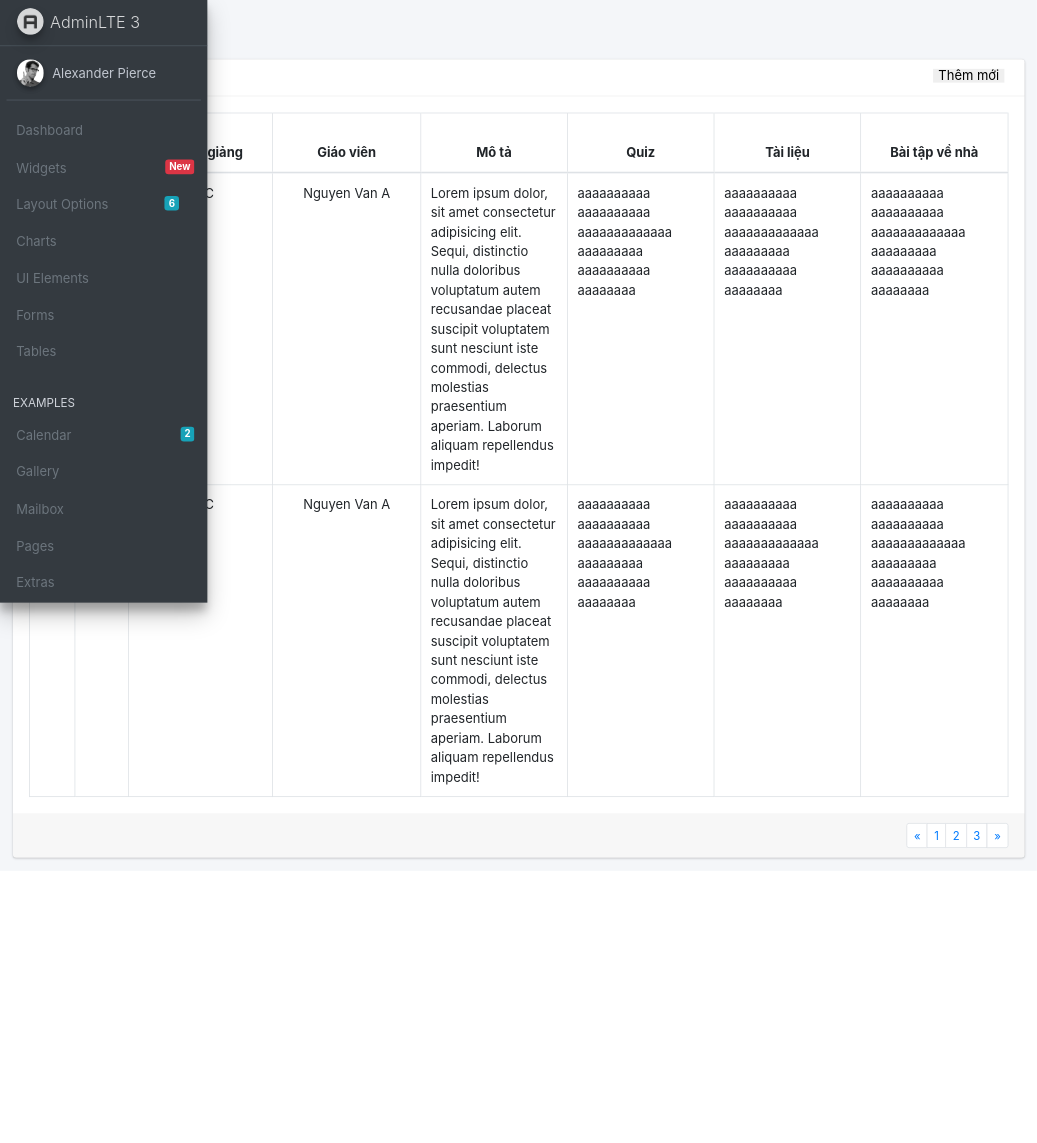
Repository: huyennvo/table
Page: http://localhost/table/lessons
These files come from the project's save history. The page is drawn as it stood at one moment and after the next save; the edit follows.
The browser window is 1280 px wide. The pictures show the whole page, at 81% of full size.
Some web fonts or font styles are not loaded; a fallback is used. The page is served by the project's Laravel application, run on PHP 8.4 with Laravel 8. Other server files are loaded and not shown.

Above is the page before, as saved 2022-08-12 16:28:49.

### routes/web.php
<?php

use Illuminate\Support\Facades\Route;

/*
|--------------------------------------------------------------------------
| Web Routes
|--------------------------------------------------------------------------
|
| Here is where you can register web routes for your application. These
| routes are loaded by the RouteServiceProvider within a group which
| contains the "web" middleware group. Now create something great!
|
*/

Route::get('/table', function () {
    return view('index');
});

Route::get('/table/courses', function () {
    return view('courses');
});

Route::get('/table/lessons', function () {
    return view('lessons');
});

Route::get('/table/students', function () {
    return view('students');
});

### resources/views/lessons.blade.php
@extends('layouts.content-header')
@section('content-body')
    <!-- Main content -->

    <section class="content">
      <div class="container-fluid">
        <div class="row">
          <div class="col-md-12">
            <div class="card">
              <div class="card-header">
                <h3 class="card-title">Bài giảng</h3>
                <button style="position: absolute;  right: 2%; line-height: 15px; border: 5px">Thêm mới</button>
              </div>
              <!-- /.card-header -->
              <div class="card-body">
                <table class="table table-bordered" >
                  <thead>
                    <tr>
                      <th style="width: 10px">STT</th>
                      <th class="course-id" style="width: 10px">Khóa học</th>
                      <th class="name">Tên Bài giảng</th>
                      <th>Giáo viên</th>
                      <th style="width: 15%">Mô tả</th>
                      <th style="width: 15%">Quiz</th>
                      <th style="width: 15%">Tài liệu</th>
                      <th style="width: 15%">Bài tập về nhà</th>
                    </tr>
                  </thead>
                  <tbody>
                    <tr>
                      <td style="text-align:center;">1</td>
                      <td class="course-id">1</td>
                      <td class="name">ABC</td>
                      <td style="text-align:center;">
                        Nguyen Van A
                      </td>
                      <td>Lorem ipsum dolor, sit amet consectetur adipisicing elit. Sequi, distinctio nulla doloribus voluptatum autem recusandae placeat suscipit voluptatem sunt nesciunt iste commodi, delectus molestias praesentium aperiam. Laborum aliquam repellendus impedit!</td>
                      <td>aaaaaaaaaa aaaaaaaaaa aaaaaaaaaaaaa aaaaaaaaa aaaaaaaaaa aaaaaaaa</td>
                      <td>aaaaaaaaaa aaaaaaaaaa aaaaaaaaaaaaa aaaaaaaaa aaaaaaaaaa aaaaaaaa</td>
                      <td>aaaaaaaaaa aaaaaaaaaa aaaaaaaaaaaaa aaaaaaaaa aaaaaaaaaa aaaaaaaa</td>
                    </tr>
                    <tr>
                      <td style="text-align:center;">1</td>
                      <td class="course-id" >1</td>
                      <td class="name">ABC</td>
                      <td style="text-align:center;">
                        Nguyen Van A
                      </td>
                      <td>Lorem ipsum dolor, sit amet consectetur adipisicing elit. Sequi, distinctio nulla doloribus voluptatum autem recusandae placeat suscipit voluptatem sunt nesciunt iste commodi, delectus molestias praesentium aperiam. Laborum aliquam repellendus impedit!</td>
                      <td>aaaaaaaaaa aaaaaaaaaa aaaaaaaaaaaaa aaaaaaaaa aaaaaaaaaa aaaaaaaa</td>
                      <td>aaaaaaaaaa aaaaaaaaaa aaaaaaaaaaaaa aaaaaaaaa aaaaaaaaaa aaaaaaaa</td>
                      <td>aaaaaaaaaa aaaaaaaaaa aaaaaaaaaaaaa aaaaaaaaa aaaaaaaaaa aaaaaaaa</td>
                    </tr>


                  </tbody>
                </table>
              </div>
              <!-- /.card-body -->
              <div class="card-footer clearfix">
                <ul class="pagination pagination-sm m-0 float-right">
                  <li class="page-item"><a class="page-link" href="#">&laquo;</a></li>
                  <li class="page-item"><a class="page-link" href="#">1</a></li>
                  <li class="page-item"><a class="page-link" href="#">2</a></li>
                  <li class="page-item"><a class="page-link" href="#">3</a></li>
                  <li class="page-item"><a class="page-link" href="#">&raquo;</a></li>
                </ul>
              </div>
            </div>

          </div>

        </div>


        <!-- /.row -->

        <!-- /.row -->
      </div><!-- /.container-fluid -->
    </section>
    <!-- /.content -->
@endsection

### resources/views/layouts/content-header.blade.php
@extends('layouts.menu')
@section('content-header')
    <section class="content-header">
      <div class="container-fluid">
        <div class="row mb-2">
          <div class="col-sm-6">
            <h1>Table</h1>
          </div>
        </div>
      </div><!-- /.container-fluid -->
    </section>
@endsection

### resources/views/layouts/index.blade.php
<!DOCTYPE html>
<html>
<head>
  <meta charset="utf-8">
  <meta http-equiv="X-UA-Compatible" content="IE=edge">
  <title>Table</title>
  <meta name="viewport" content="width=device-width, initial-scale=1">

  <link rel="stylesheet" href="{{asset('css/adminlte.min.css')}}">
  <link rel="stylesheet" href="{{asset('css/style.css')}}">
  <!-- Google Font: Source Sans Pro -->
  <link href="https://fonts.googleapis.com/css?family=Source+Sans+Pro:300,400,400i,700" rel="stylesheet">
</head>
<body>
<div >
@yield('menu')

<div class="content-wrapper">

@yield('content-header')

@yield('content-body')

</div>


  <!-- /.content-wrapper -->
  <!-- /.control-sidebar -->
</div>

</body>
</html>

### public/css/style.css
th {
    text-align: center;
}

.course-id {
    text-align: center;
}

.name {
    text-align: center;
}

#menu {
    background-color: #343A40;
    width: 20vw;
    overflow: auto !important;
}

table {
    position: relative;
}

.table-scroll {
    overflow-x: scroll;
    overflow-y: visible;
    padding-bottom: 5px;
    width: 100%;
}

Loaded but not shown: public/css/adminlte.min.css (library); resources/views/layouts/menu.blade.php (478 lines, source omitted)

After the next save:
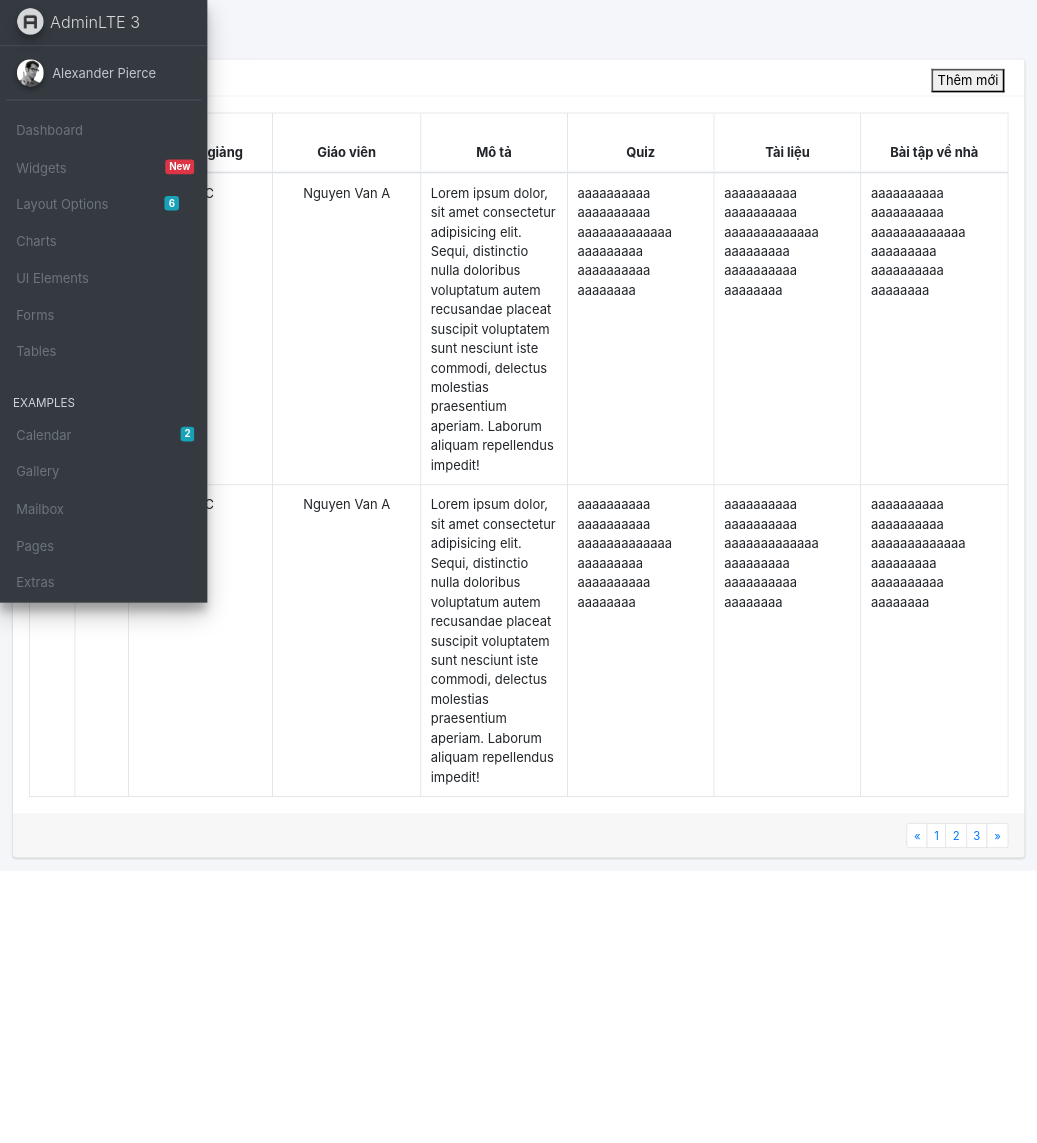
Saved 18 s later.
--- a/resources/views/lessons.blade.php
+++ b/resources/views/lessons.blade.php
@@ -9,7 +9,7 @@
             <div class="card">
               <div class="card-header">
                 <h3 class="card-title">Bài giảng</h3>
-                <button style="position: absolute;  right: 2%; line-height: 15px; border: 5px">Thêm mới</button>
+                <button style="position: absolute;  right: 2%; line-height: 15px; padding: 5px">Thêm mới</button>
               </div>
               <!-- /.card-header -->
               <div class="card-body">
